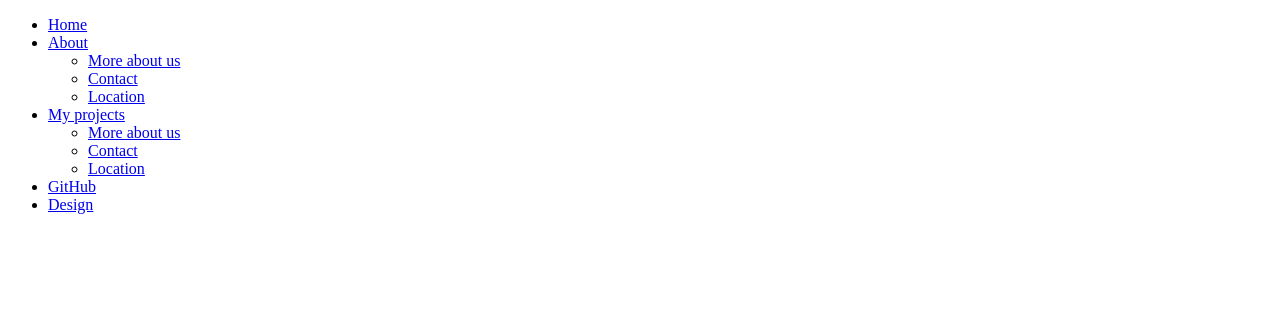
Repository: alikahwaji/HTML-CSS-workshop
Page: index.html
An editor plug-in stored every save of this project. The page is shown before and after the next save, followed by the edit.
The browser window is 1280 px wide. The pictures show the whole page.

Above is the page before, as saved 2019-10-29 11:42:03.

### index.html
<!DOCTYPE html>
<!--[if lt IE 7]>      <html class="no-js lt-ie9 lt-ie8 lt-ie7"> <![endif]-->
<!--[if IE 7]>         <html class="no-js lt-ie9 lt-ie8"> <![endif]-->
<!--[if IE 8]>         <html class="no-js lt-ie9"> <![endif]-->
<!--[if gt IE 8]><!--> <html class="no-js"> <!--<![endif]-->
    <head>
        <meta charset="utf-8">
        <meta http-equiv="X-UA-Compatible" content="IE=edge">
        <title></title>
        <meta name="description" content="">
        <meta name="viewport" content="width=device-width, initial-scale=1">
        <link rel="stylesheet" href="index.css">
    </head>
    <body>
        <div id="container">
            <nav>
                <ul>
                    <li><a href="#">Home</a></li>
                    <li><a href="#">About</a>
                        <!-- About dropdown list  -->
                        <ul>
                            <li><a href="#">More about us</a></li>
                            <li><a href="#">Contact</a></li>
                            <li><a href="#">Location</a></li>
                        </ul>
                    </li>
                    <li><a href="#">My projects</a>
                        <!-- My projects dropdown list -->
                        <ul>
                                <li><a href="#">More about us</a></li>
                                <li><a href="#">Contact</a></li>
                                <li><a href="#">Location</a></li>
                        </ul>
                    </li>
                    <li><a href="#">GitHub</a></li>
                    <li><a href="#">Design</a></li>
                </ul>
            </nav>
        </div>
    </body>
</html>

Loaded but not shown: index.css (no stored copy; drawn as an empty file)

After the next save:
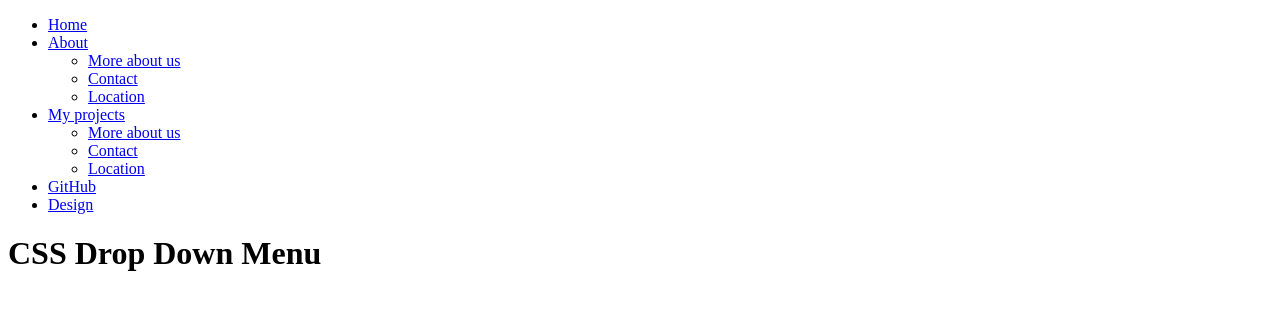
Saved 4 min 25 s later.
--- a/index.html
+++ b/index.html
@@ -36,6 +36,7 @@
                     <li><a href="#">Design</a></li>
                 </ul>
             </nav>
+            <h1>CSS Drop Down Menu</h1>
         </div>
     </body>
 </html>
